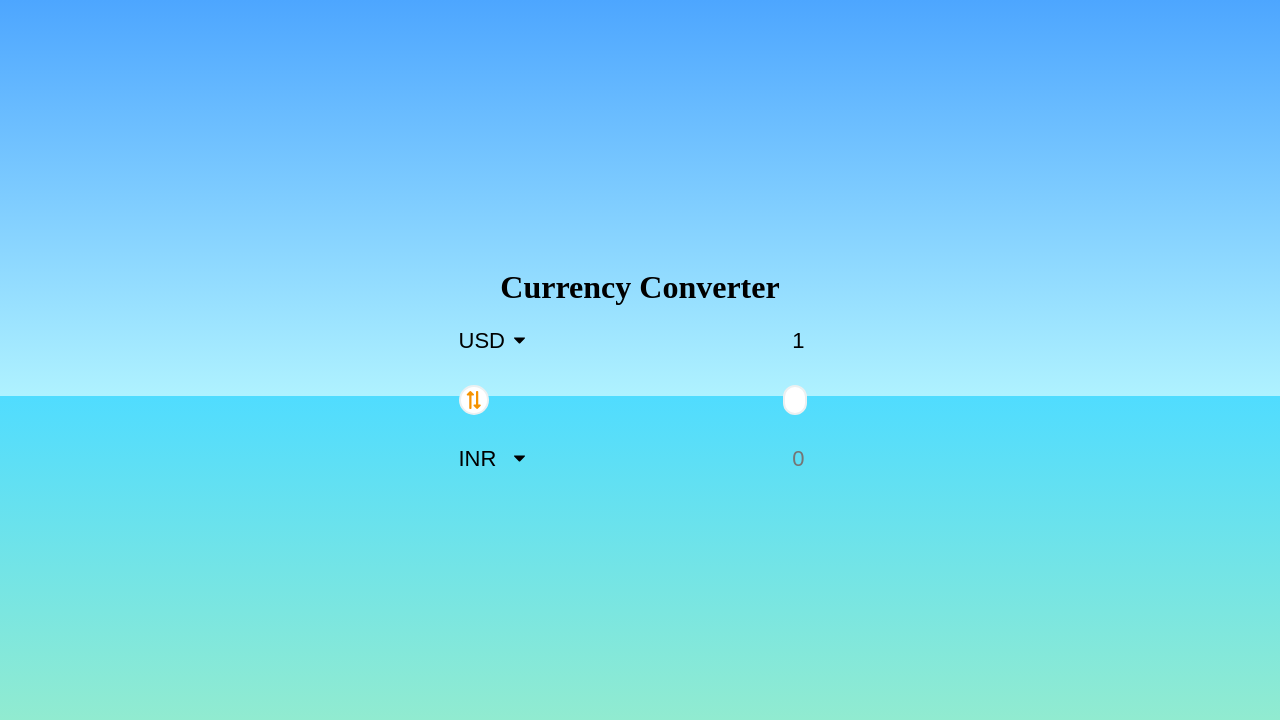
Repository: Sp4ngl3r/Currency-Converter
Page: currency.html
The author's editor kept a copy of each file at every save. The page is drawn from the files as they stood at one save, then again after the next save.
The browser window is 1280 px wide. The pictures show the whole page.
The page's requests for data from a server got no answer. Some web fonts or font styles are not loaded; a fallback is used. Some web libraries are served in a nearby version.

Above is the page before, as saved 2020-04-19 08:49:14.

After the next save:
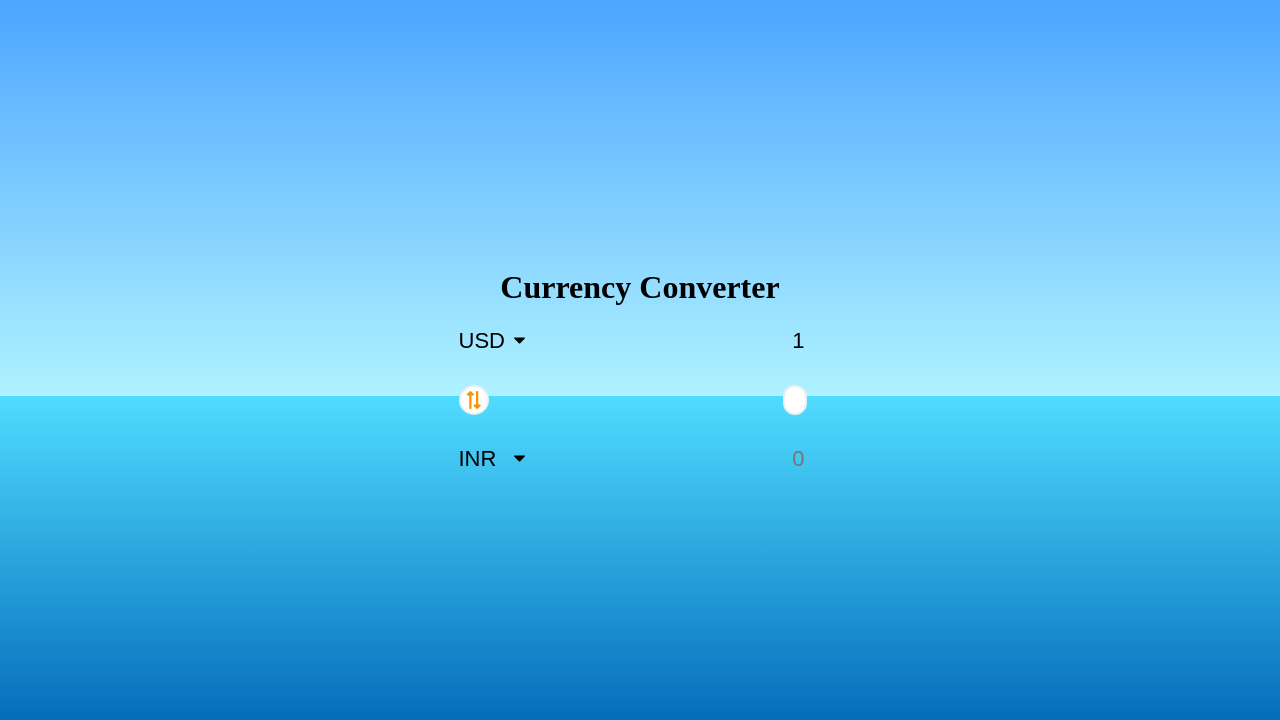
Saved 5 min 3 s later.
--- a/currency.css
+++ b/currency.css
@@ -8,7 +8,7 @@ body {
     #4da6ff 0%,
     #aff2ff 55%,
     #50dcff 55%,
-    #91ebd0 100%
+    #056dbb 100%
   );
   font-family: "Muli", fantasy;
   display: flex;
